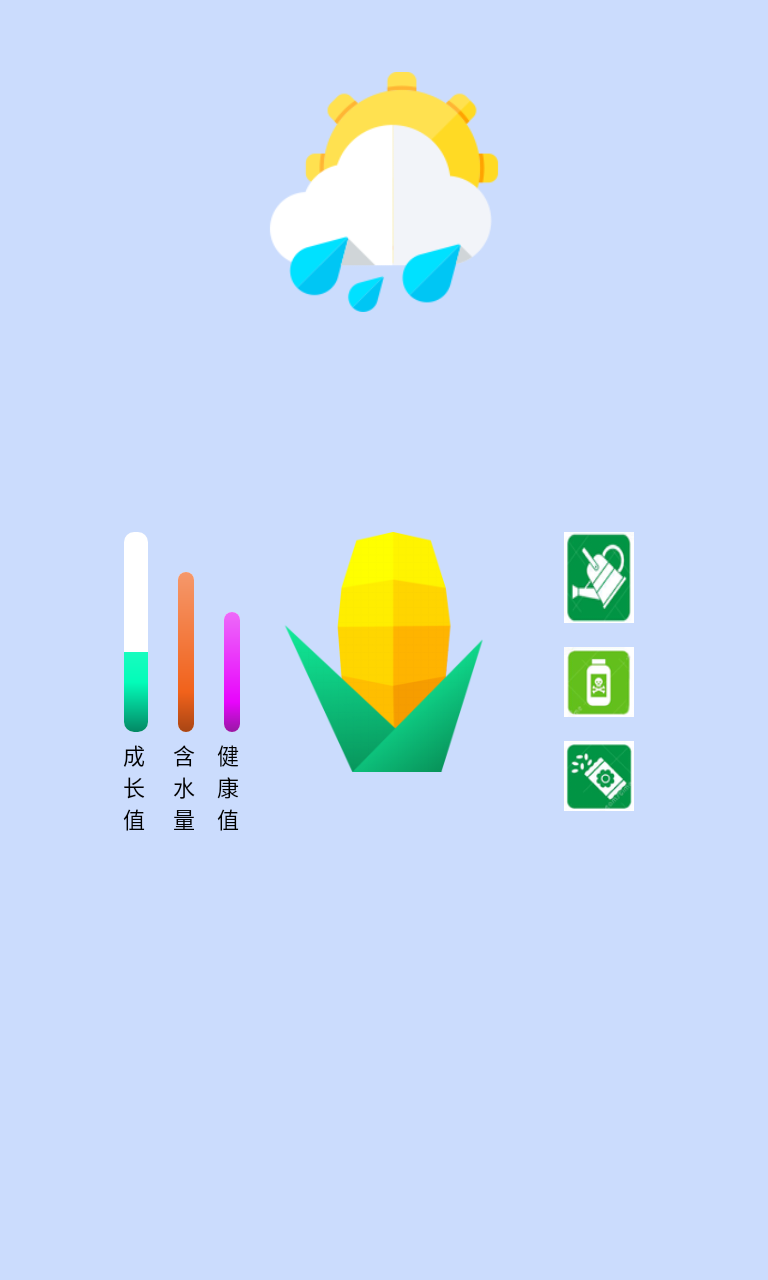
Repository: DraceWang/YumiTianqi
Layout: YumiTianqi/res/layout/fragment_main.xml
These files come from the project's save history. The layout is drawn as it stood at one moment and after the next save; the edit follows.
It is drawn on a 768 x 1280 px phone screen (xhdpi) without system bars, with theme AppTheme; the app's code is not run. Lists and similar views that code fills are empty.

Above is the layout before, as saved 2015-05-20 01:46:28.

### YumiTianqi/res/layout/fragment_main.xml
<RelativeLayout xmlns:android="http://schemas.android.com/apk/res/android"
    xmlns:tools="http://schemas.android.com/tools"
    android:layout_width="match_parent"
    android:layout_height="match_parent"
    android:background="#cbdcfd"
    android:paddingBottom="@dimen/activity_vertical_margin"
    android:paddingLeft="@dimen/activity_horizontal_margin"
    android:paddingRight="@dimen/activity_horizontal_margin"
    android:paddingTop="@dimen/activity_vertical_margin"
    tools:context="com.boyumi.yumitianqi.MainActivity$PlaceholderFragment" >

    <TextView
        android:id="@+id/CityName"
        android:layout_width="wrap_content"
        android:layout_height="wrap_content"
        android:layout_marginLeft="20dp"
        android:layout_marginTop="20dp"
        android:textColor="#000"
        android:textSize="10pt" />

    <TextView
        android:id="@+id/currentTemperature"
        android:layout_width="wrap_content"
        android:layout_height="wrap_content"
        android:layout_alignParentRight="true"
        android:layout_alignTop="@+id/CityName"
        android:layout_marginRight="20dp"
        android:textColor="#000"
        android:textSize="10pt" />

    <ImageView
        android:id="@+id/WeatherIcon"
        android:layout_width="120dp"
        android:layout_height="120dp"
        android:layout_alignTop="@+id/CityName"
        android:layout_centerHorizontal="true"
        android:src="@drawable/sunnyrain" />

    <TextView
        android:layout_width="wrap_content"
        android:layout_height="wrap_content"
        android:id="@+id/WeatherCondition"
        android:layout_below="@+id/WeatherIcon"
        android:layout_centerHorizontal="true"
        android:layout_marginTop="5dp"
        android:textSize="10pt"
        android:textColor="#000"
        />

    <TextView
        android:layout_width="wrap_content"
        android:layout_height="wrap_content"
        android:id="@+id/date"
        android:layout_alignParentBottom="true"
        android:layout_alignParentRight="true"
        android:layout_marginRight="5dp"
        android:layout_marginBottom="2dp"
        android:textSize="5pt"
        android:textColor="#666"
        />

    <TableLayout android:layout_width="60dp" android:layout_height="wrap_content" android:id="@+id/btn_AQ" android:layout_above="@+id/body" android:layout_marginLeft="10dp" android:layout_marginBottom="-100dp">

        <TableRow android:layout_width="wrap_content" android:layout_height="wrap_content">
            <TextView android:id="@+id/AQ_title" android:layout_width="60dp" android:layout_height="20dp" android:layout_alignParentLeft="true" android:gravity="center" android:textSize="6pt" />
        </TableRow>

        <TableRow android:layout_width="wrap_content" android:layout_height="wrap_content">
            <TextView android:id="@+id/AQ_content" android:layout_width="60dp" android:layout_height="20dp" android:gravity="center" android:layout_below="@+id/AQ_title" />
        </TableRow>


    </TableLayout>
    <HorizontalScrollView
        android:id="@+id/body"
        android:layout_width="wrap_content"
        android:layout_height="match_parent"
        android:layout_below="@+id/WeatherIcon"
        android:layout_centerHorizontal="true"
        android:layout_marginTop="70dp"
        android:scrollbars="none" >

        <LinearLayout
            android:layout_width="wrap_content"
            android:layout_height="wrap_content"
            android:orientation="vertical" >

            <RelativeLayout
                android:layout_width="290dp"
                android:layout_height="wrap_content" >

                <ImageView
                    android:id="@+id/cron"
                    android:layout_width="120dp"
                    android:layout_height="120dp"
                    android:layout_centerHorizontal="true"
                    android:layout_marginTop="40dp"
                    android:src="@drawable/cron" />

                <ProgressBar
                    android:id="@+id/progressBar_gv"
                    style="?android:attr/progressBarStyleHorizontal"
                    android:layout_width="12dp"
                    android:layout_height="100dp"
                    android:layout_alignTop="@+id/cron"
                    android:layout_marginLeft="15dp"
                    android:max="200"
                    android:progress="80"
                    android:progressDrawable="@drawable/mybar_gv" />

                <ProgressBar
                    android:id="@+id/progressBar_wv"
                    style="?android:attr/progressBarStyleHorizontal"
                    android:layout_width="8dp"
                    android:layout_height="80dp"
                    android:layout_above="@+id/Date"
                    android:layout_alignBottom="@+id/progressBar_gv"
                    android:layout_marginLeft="15dp"
                    android:layout_toRightOf="@+id/progressBar_gv"
                    android:max="50"
                    android:progress="80"
                    android:progressDrawable="@drawable/mybar_wv" />

                <ProgressBar
                    android:id="@+id/progressBar_hv"
                    style="?android:attr/progressBarStyleHorizontal"
                    android:layout_width="8dp"
                    android:layout_height="60dp"
                    android:layout_above="@+id/Date"
                    android:layout_alignBottom="@+id/progressBar_gv"
                    android:layout_marginLeft="15dp"
                    android:layout_toRightOf="@+id/progressBar_wv"
                    android:max="10"
                    android:progress="80"
                    android:progressDrawable="@drawable/mybar_hv" />

                <ImageButton
                    android:id="@+id/imageButton_water"
                    android:layout_width="35dp"
                    android:layout_height="35dp"
                    android:layout_above="@+id/imageButton_bug"
                    android:layout_alignParentRight="true"
                    android:layout_alignTop="@+id/cron"
                    android:layout_marginBottom="12dp"
                    android:layout_marginRight="20dp"
                    android:background="@drawable/water"
                    android:onClick="water"
                    android:scaleType="fitCenter" />

                <ImageButton
                    android:id="@+id/imageButton_bug"
                    android:layout_width="35dp"
                    android:layout_height="35dp"
                    android:layout_above="@+id/imageButton_feiliao"
                    android:layout_alignLeft="@+id/imageButton_water"
                    android:layout_alignParentRight="true"
                    android:layout_marginBottom="12dp"
                    android:layout_marginRight="20dp"
                    android:background="@drawable/bug"
                    android:scaleType="fitCenter" />

                <ImageButton
                    android:id="@+id/imageButton_feiliao"
                    android:layout_width="35dp"
                    android:layout_height="35dp"
                    android:layout_alignBottom="@+id/cron"
                    android:layout_alignLeft="@+id/imageButton_water"
                    android:layout_alignParentRight="true"
                    android:layout_marginRight="20dp"
                    android:layout_marginBottom="-20dp"
                    android:background="@drawable/feiliao"
                    android:scaleType="fitCenter" />

                <TextView
                    android:id="@+id/grown"
                    android:layout_width="12dp"
                    android:layout_height="wrap_content"
                    android:layout_alignLeft="@+id/progressBar_gv"
                    android:layout_below="@+id/progressBar_gv"
                    android:layout_marginTop="3dp"
                    android:layout_marginLeft="-1dp"
                    android:text="成长值"
                    android:textColor="#000"
                    android:textSize="5pt" />

                <TextView
                    android:id="@+id/water"
                    android:layout_width="12dp"
                    android:layout_height="wrap_content"
                    android:layout_alignLeft="@+id/progressBar_wv"
                    android:layout_below="@+id/progressBar_wv"
                    android:layout_marginTop="3dp"
                    android:layout_marginLeft="-3dp"
                    android:text="含水量"
                    android:textColor="#000"
                    android:textSize="5pt" />

                <TextView
                    android:id="@+id/healthy"
                    android:layout_width="12dp"
                    android:layout_height="wrap_content"
                    android:layout_alignLeft="@+id/progressBar_hv"
                    android:layout_below="@+id/progressBar_hv"
                    android:layout_marginTop="3dp"
                    android:layout_marginLeft="-4dp"
                    android:text="健康值"
                    android:textColor="#000"
                    android:textSize="5pt" />
            </RelativeLayout>

            <ListView
                android:id="@+id/forecast"
                android:layout_width="match_parent"
                android:layout_height="200dp"
                android:layout_marginTop="90dp" >
            </ListView>
        </LinearLayout>
    </HorizontalScrollView>




</RelativeLayout>

### YumiTianqi/res/drawable-mdpi/mybar_gv.xml
<?xml version="1.0" encoding="utf-8"?>
<layer-list xmlns:android="http://schemas.android.com/apk/res/android" >
    <item android:id="@android:id/background" >
        <shape>
            <corners android:radius="5dip" />
            <gradient
                	android:startColor="#ffffff"
                    android:centerColor="#ffffff"
                    android:endColor="#ffffff"
                    android:angle="270"
            />
        </shape>
    </item>

     <item android:id="@android:id/progress">
        <clip android:clipOrientation="vertical"
            android:gravity="bottom">
            <shape>
                <corners android:radius="5dip" />
                <gradient
                        android:startColor="#6cfcd5"
                        android:centerColor="#03fcb9"
                        android:centerX="0.75"
                        android:endColor="#038864"
                        android:angle="270"
                />
            </shape>
        </clip>
    </item>


</layer-list>

### YumiTianqi/res/drawable-mdpi/mybar_wv.xml
<?xml version="1.0" encoding="utf-8"?>
<layer-list xmlns:android="http://schemas.android.com/apk/res/android" >
    <item android:id="@android:id/background" >
        <shape>
            <corners android:radius="5dip" />
            <gradient
                	android:startColor="#ffffff"
                    android:centerColor="#ffffff"
                    android:endColor="#ffffff"
                    android:angle="270"
            />
        </shape>
    </item>

     <item android:id="@android:id/progress">
        <clip android:clipOrientation="vertical"
            android:gravity="bottom">
            <shape>
                <corners android:radius="5dip" />
                <gradient
                        android:startColor="#f5986b"
                        android:centerColor="#f1621b"
                        android:centerX="0.75"
                        android:endColor="#a84514"
                        android:angle="270"
                />
            </shape>
        </clip>
    </item>


</layer-list>

### YumiTianqi/res/drawable-mdpi/mybar_hv.xml
<?xml version="1.0" encoding="utf-8"?>
<layer-list xmlns:android="http://schemas.android.com/apk/res/android" >
    <item android:id="@android:id/background" >
        <shape>
            <corners android:radius="5dip" />
            <gradient
                	android:startColor="#ffffff"
                    android:centerColor="#ffffff"
                    android:endColor="#ffffff"
                    android:angle="270"
            />
        </shape>
    </item>

     <item android:id="@android:id/progress">
        <clip android:clipOrientation="vertical"
            android:gravity="bottom">
            <shape>
                <corners android:radius="5dip" />
                <gradient
                        android:startColor="#ed6af9"
                        android:centerColor="#e805fc"
                        android:centerX="0.75"
                        android:endColor="#9818a4"
                        android:angle="270"
                />
            </shape>
        </clip>
    </item>


</layer-list>

Loaded but not shown: YumiTianqi/res/values/styles.xml (common file); YumiTianqi/res/values-v11/styles.xml (common file); YumiTianqi/res/values-v14/styles.xml (common file); YumiTianqi/res/values/dimens.xml (common file); YumiTianqi/res/values-w820dp/dimens.xml (common file)

After the next save:
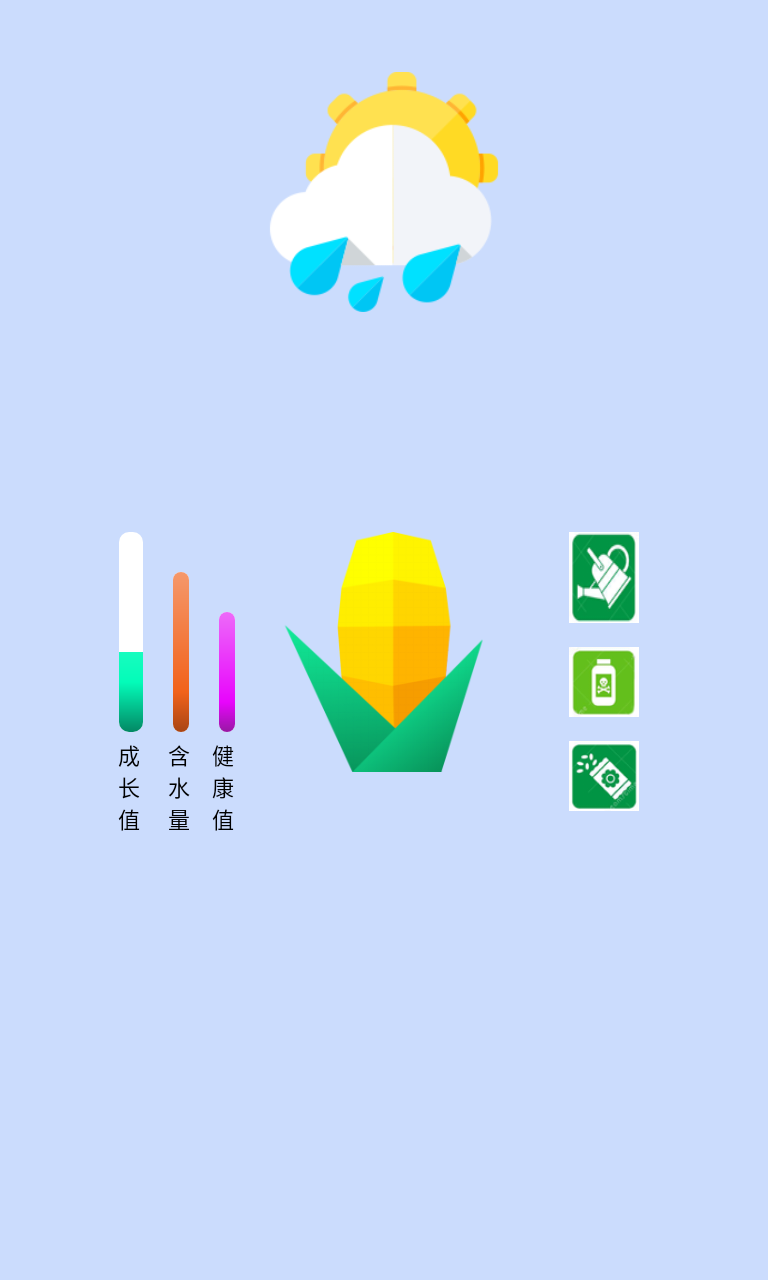
Saved 13 s later.
--- a/YumiTianqi/res/layout/fragment_main.xml
+++ b/YumiTianqi/res/layout/fragment_main.xml
@@ -86,7 +86,7 @@
             android:orientation="vertical" >
 
             <RelativeLayout
-                android:layout_width="290dp"
+                android:layout_width="295dp"
                 android:layout_height="wrap_content" >
 
                 <ImageView
